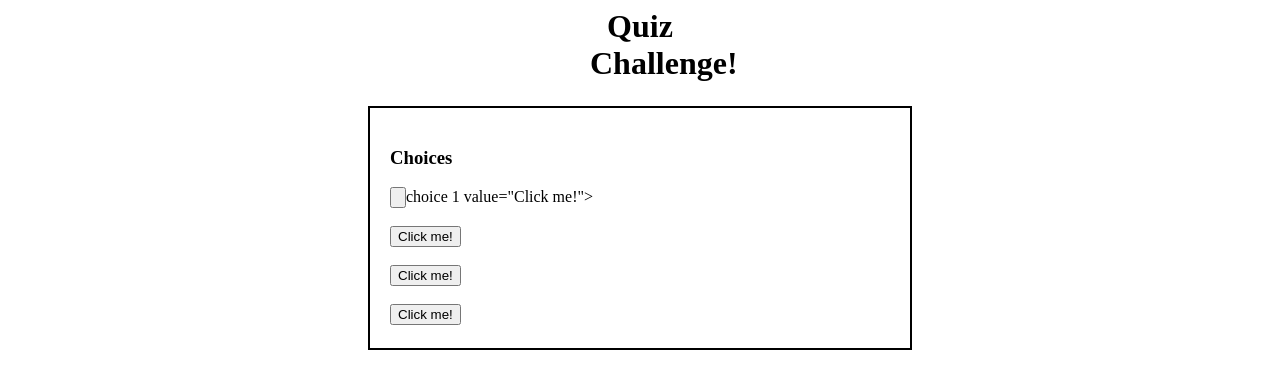
Repository: s88leigh/Quiz-Challenge
Page: index.html
An editor plug-in stored every save of this project. The page is shown before and after a run of saves, followed by the edit.
The browser window is 1280 px wide. The pictures show the whole page.

Above is the page before, as saved 2019-10-18 09:59:58.
Console error: ReferenceError: questionText is not defined

### index.html
<!DOCTYPE html>
<html lang="en">
<head>
    <meta charset="UTF-8">
    <meta name="viewport" content="width=device-width, initial-scale=1.0">
    <meta http-equiv="X-UA-Compatible" content="ie=edge">
    <link rel="stylesheet" type="text/css" href="style.css">
    <title>Quiz</title>


</head>
<body>
    <h1 id="title">Quiz Challenge!</h1>
    <br>
        <div id="question-box">

            <h3>Choices</h3>

            <input type="button" <span id="btn1">choice 1</span>  value="Click me!"> <br> <br>
            <input type="button" id="btn2"  value="Click me!"> <br> <br>
            <input type="button" id="btn3"  value="Click me!"> <br> <br>
            <input type="button" id="btn4"  value="Click me!">

  </div>
  <script src="./script.js"></script>
</body>
</html>

### style.css
#title {
    width: 100px;
    height: 50px;
    margin: auto;
    margin-bottom: 30px;
    text-align: center;
}

#question-box {
    width: 500px;
    height: 200px;
    padding: 20px;
    margin: auto;
    border: 2px solid black;
}

### script.js
document.getElementById("btn1").addEventListener("click" ,function(){
    alert("Correct");
});
document.getElementById("btn2").addEventListener("click" ,function(){
    alert("Correct");
});
document.getElementById("btn3").addEventListener("click" ,function(){
    alert("Correct");
});
document.getElementById("btn4").addEventListener("click" ,function(){
    alert("Correct");
});


var questions = [
    {
        questionText: "What programming language is used to style a webpage?",
        choices: ["Option 1","css", "Option3", "Option4"],
        answer: "css"
    },
    {
        questionText: "Which one is a DOM element?",
        choices: ["Option 1", "Option 2", "addEventListener", "Option4"],
        answer: "addEventListener"
    },
    {
        questionText: "Which is a DOM attribute?",
        choices: ["value", "Option 2", "Option3", "Option4"],
        answer: "value"
    },
    {
        questionText: "What are the inputs of a function called?",
        choices: ["Option 1", "Option 2", "Option3", "parameters"],
        answer: "parameters"
    },
    {
        questionText: "What is the output of a function called?",
        choices: ["Option 1", "Option 2", "Option3", "parameters"],
        answer: "return"
    }
];

for (var i = 0; i < questions.length; i++) {
    // get the question
    var question = questions[i];
    // get the question text and do something with it, put it on document
    question.questionText;
}questionText()


var h1 = document.createElement("h1");
var h1Text = document.createTextNode("Hello Kitty");
h1.appendChild(h1Text);

document.body.appendChild(h1);

After the next 2 saves:
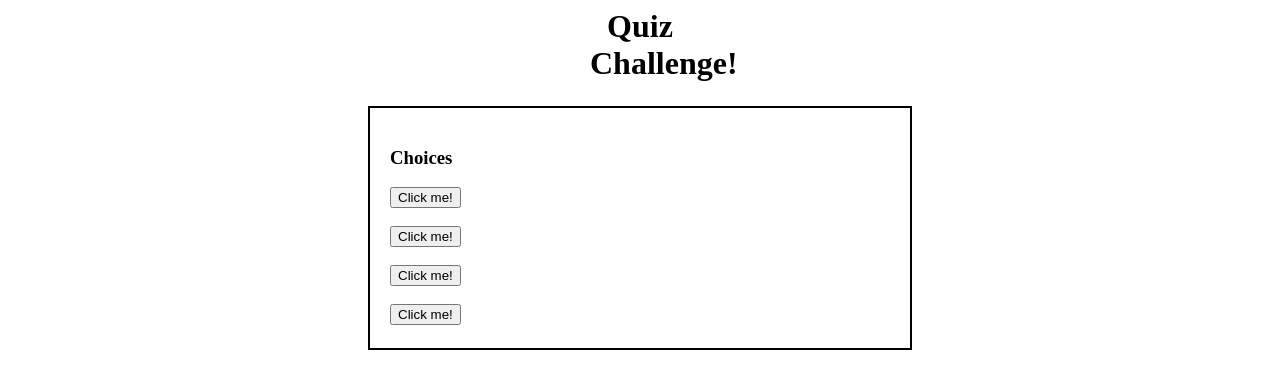
The 2 saves are shown as one change because they came seconds apart.
The last was saved 16 s later.
--- a/index.html
+++ b/index.html
@@ -16,7 +16,7 @@
 
             <h3>Choices</h3>
 
-            <input type="button" <span id="btn1">choice 1</span>  value="Click me!"> <br> <br>
+            <input type="button" <span id="btn1"  value="Click me!"> <br> <br>
             <input type="button" id="btn2"  value="Click me!"> <br> <br>
             <input type="button" id="btn3"  value="Click me!"> <br> <br>
             <input type="button" id="btn4"  value="Click me!">
